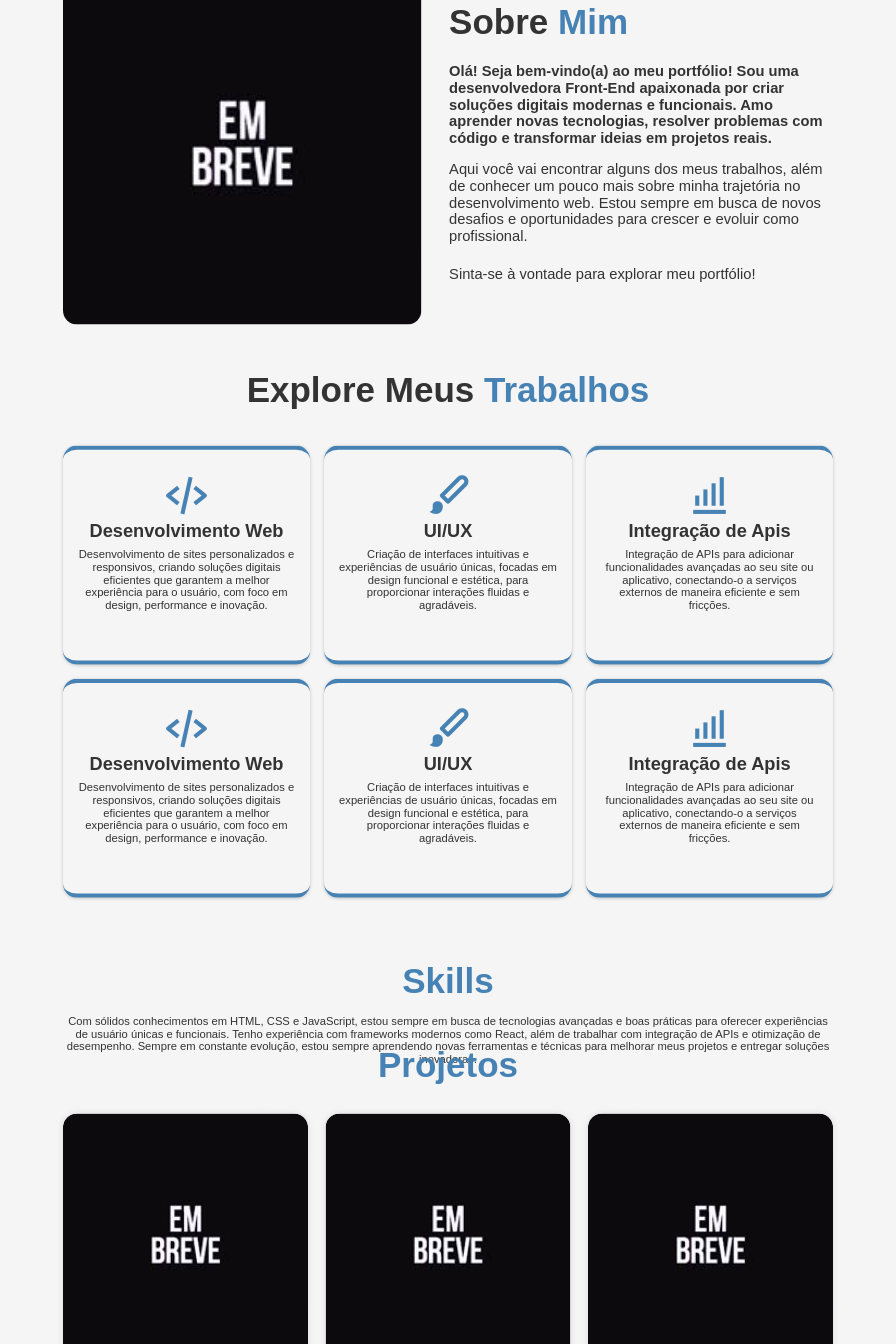
Repository: AliciaKathleen/portfolio-2025
Page: index.html
The author's editor kept a copy of each file at every save. The page is drawn from the files as they stood at one save, then again after the next save.
The browser window is 1280 px wide. The pictures show the part of the page from y = 911 to 2831 px (the page is 4116 px tall), at 70% of full size.

Above is the page before, as saved 2025-01-27 17:18:35.
Console error: TypeError: Cannot read properties of null (reading 'classList')

After the next save:
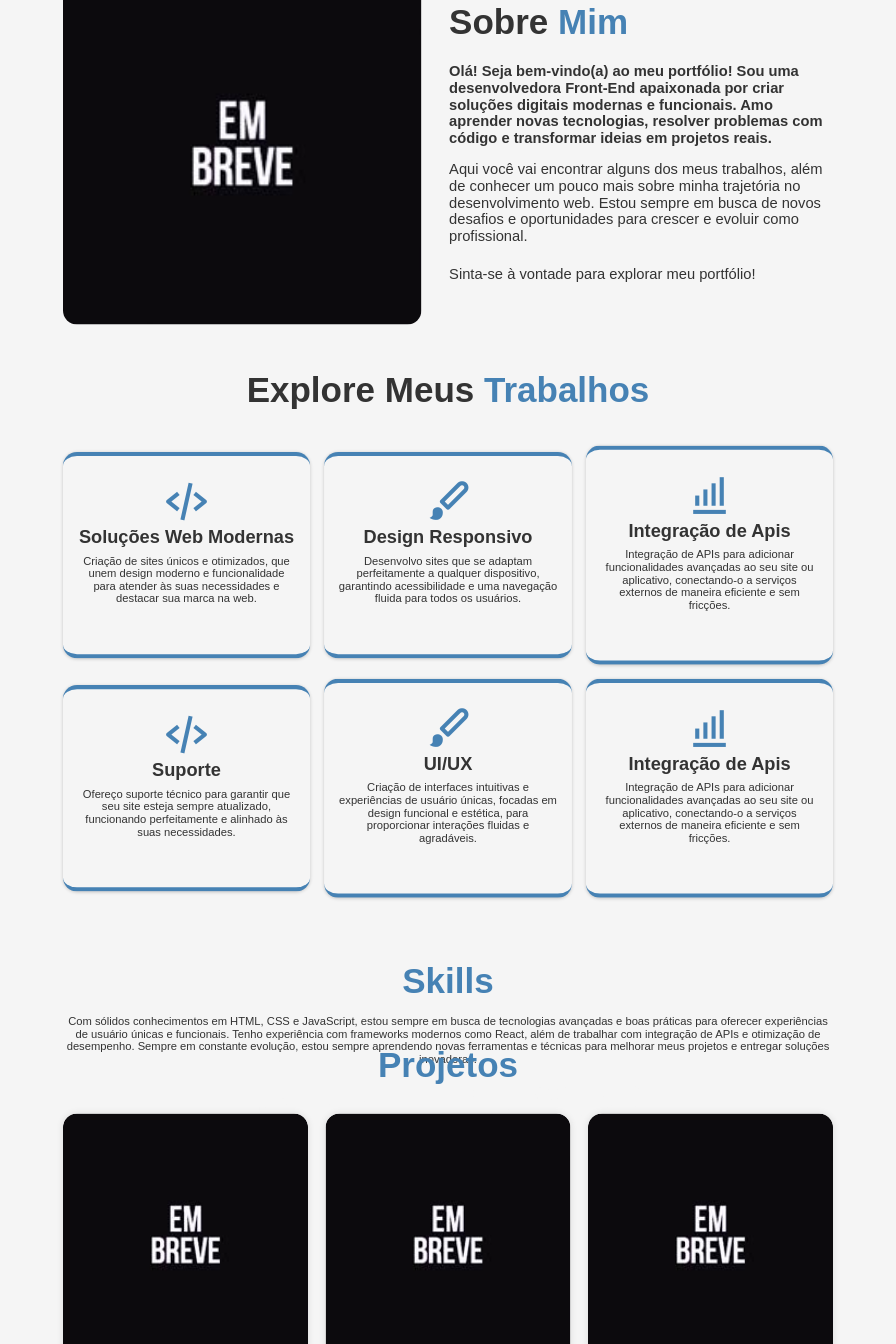
Saved 8 min 25 s later.
--- a/index.html
+++ b/index.html
@@ -75,13 +75,13 @@
         <div class="services-container">
             <div class="services-box">
                 <i class='bx bx-code-alt'></i>
-                <h3>Desenvolvimento Web</h3>
-                <p>Desenvolvimento de sites personalizados e responsivos, criando soluções digitais eficientes que garantem a melhor experiência para o usuário, com foco em design, performance e inovação.</p>
+                <h3>Soluções Web Modernas</h3>
+                <p>Criação de sites únicos e otimizados, que unem design moderno e funcionalidade para atender às suas necessidades e destacar sua marca na web.</p>
             </div>
             <div class="services-box">
                 <i class='bx bxs-paint'></i>
-                <h3>UI/UX</h3>
-                <p>Criação de interfaces intuitivas e experiências de usuário únicas, focadas em design funcional e estética, para proporcionar interações fluidas e agradáveis.</p>
+                <h3>Design Responsivo</h3>
+                <p>Desenvolvo sites que se adaptam perfeitamente a qualquer dispositivo, garantindo acessibilidade e uma navegação fluida para todos os usuários.</p>
             </div>
             <div class="services-box">
                 <i class='bx bx-bar-chart-alt'></i>
@@ -90,8 +90,8 @@
             </div>
             <div class="services-box">
                 <i class='bx bx-code-alt'></i>
-                <h3>Desenvolvimento Web</h3>
-                <p>Desenvolvimento de sites personalizados e responsivos, criando soluções digitais eficientes que garantem a melhor experiência para o usuário, com foco em design, performance e inovação.</p>
+                <h3>Suporte</h3>
+                <p>Ofereço suporte técnico para garantir que seu site esteja sempre atualizado, funcionando perfeitamente e alinhado às suas necessidades.</p>
             </div>
             <div class="services-box">
                 <i class='bx bxs-paint'></i>
